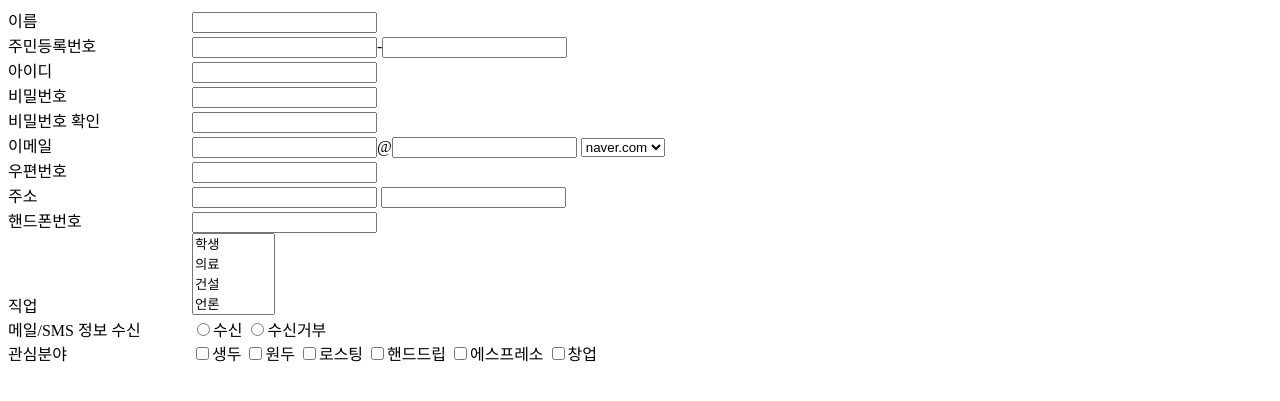
Repository: Yoon-jae-min/JSP-Servlet_Study
Page: http://localhost/self-study-01/join.jsp
These files come from the project's save history. The page is drawn as it stood at one moment and after the next save; the edit follows.
The browser window is 1280 px wide. The pictures show the whole page.
The page is served by Tomcat 10. Other server files are loaded and not shown.

Above is the page before, as saved 2024-06-06 12:20:40.

### JSP&Servlet-selfStudy/self-study-01/src/main/webapp/join.jsp
<%@ page language="java" contentType="text/html; charset=EUC-KR"
    pageEncoding="EUC-KR"%>
<!DOCTYPE html>
<html>
<head>
<meta charset="EUC-KR">
<style>
	label{
		display:inline-block;
		width: 180px;
	}
</style>
<title>Insert title here</title>
</head>
<body>
	<form method="post">
		<label for="name">이름</label>
			<input type="text" id="name" name="name"><br>
		<label for="numFront">주민등록번호</label>
			<input type="text" id="numFront" name="numFront">-<input type="password" id="numBehind" name="numBehind"><br>
		<label for="userId")>아이디</label>
			<input type="text" id="userId" name="userId"><br>
		<label for="password">비밀번호</label>
			<input type="password" id="password" name="password"><br>
		<label for="passwordCheck">비밀번호 확인</label>
			<input type="password" id="passwordCheck" name="paswordCheck"><br>
		<label for="emailFront">이메일</label>
			<input type="text" id="emailFront" name="emailFront">@<input type="text" id="emailBehind" name="emailBehind">
			<select id="emailBehindSelect" name="emailBehind">
				<option>naver.com</option>
				<option>daum.net</option>
				<option>nate.com</option>
				<option>gmail.com</option>
			</select><br>
		<label for="addressNumber">우편번호</label>
			<input type="text" id="addressNumber" name="addressNumber"><br>
		<label for="addressFront">주소</label>
			<input type="text" id="addressFront" name="addressFront">
			<input type="text" id="addressBehind" name="addressBehind"><br>
		<label for="telNum">핸드폰번호</label>
			<input type="text" id="telNum" name="telNum"><br>
		<label for="job">직업</label>
			<select name="job" id="job" size="4">
				<option>학생</option>
				<option>의료</option>
				<option>건설</option>
				<option>언론</option>
				<option>공무원</option>
				<option>컴퓨터/인터넷</option>
			</select><br>
		<label for="agree">메일/SMS 정보 수신</label>
			<input type="radio" id="agree" name="agree" value="ok">수신
			<input type="radio" name="agree" value="no">수신거부<br>
		<label for="interest">관심분야</label>
			<input type="checkbox" id="interest" name="interest" value="생두">생두
			<input type="checkbox" name="interest" value="원두">원두
			<input type="checkbox" name="interest" value="로스팅">로스팅
			<input type="checkbox" name="interest" value="핸드드립">핸드드립
			<input type="checkbox" name="interest" value="에스프레소">에스프레소
			<input type="checkbox" name="interest" value="창업">창업
	</form>
</body>
</html>

After the next save:
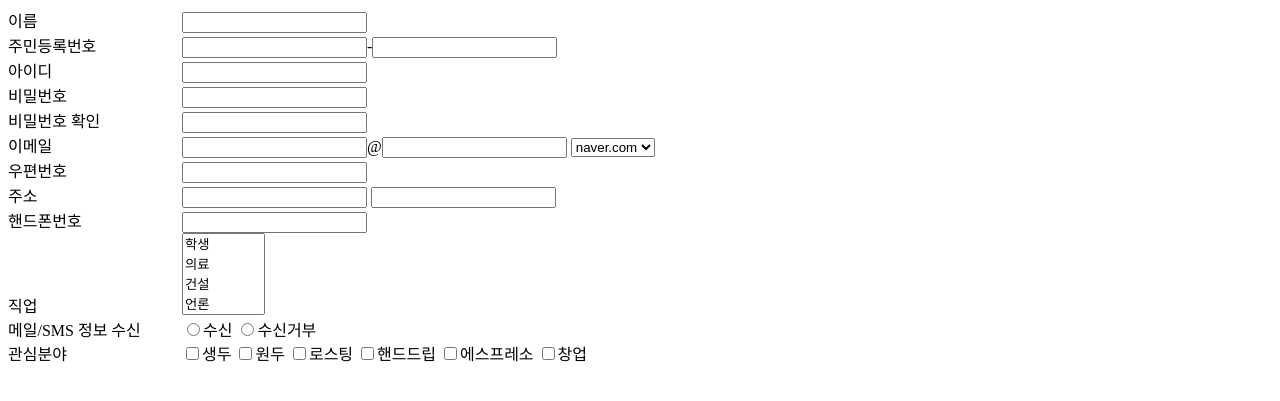
Saved 6 s later.
--- a/JSP&Servlet-selfStudy/self-study-01/src/main/webapp/join.jsp
+++ b/JSP&Servlet-selfStudy/self-study-01/src/main/webapp/join.jsp
@@ -7,7 +7,7 @@
 <style>
 	label{
 		display:inline-block;
-		width: 180px;
+		width: 170px;
 	}
 </style>
 <title>Insert title here</title>
